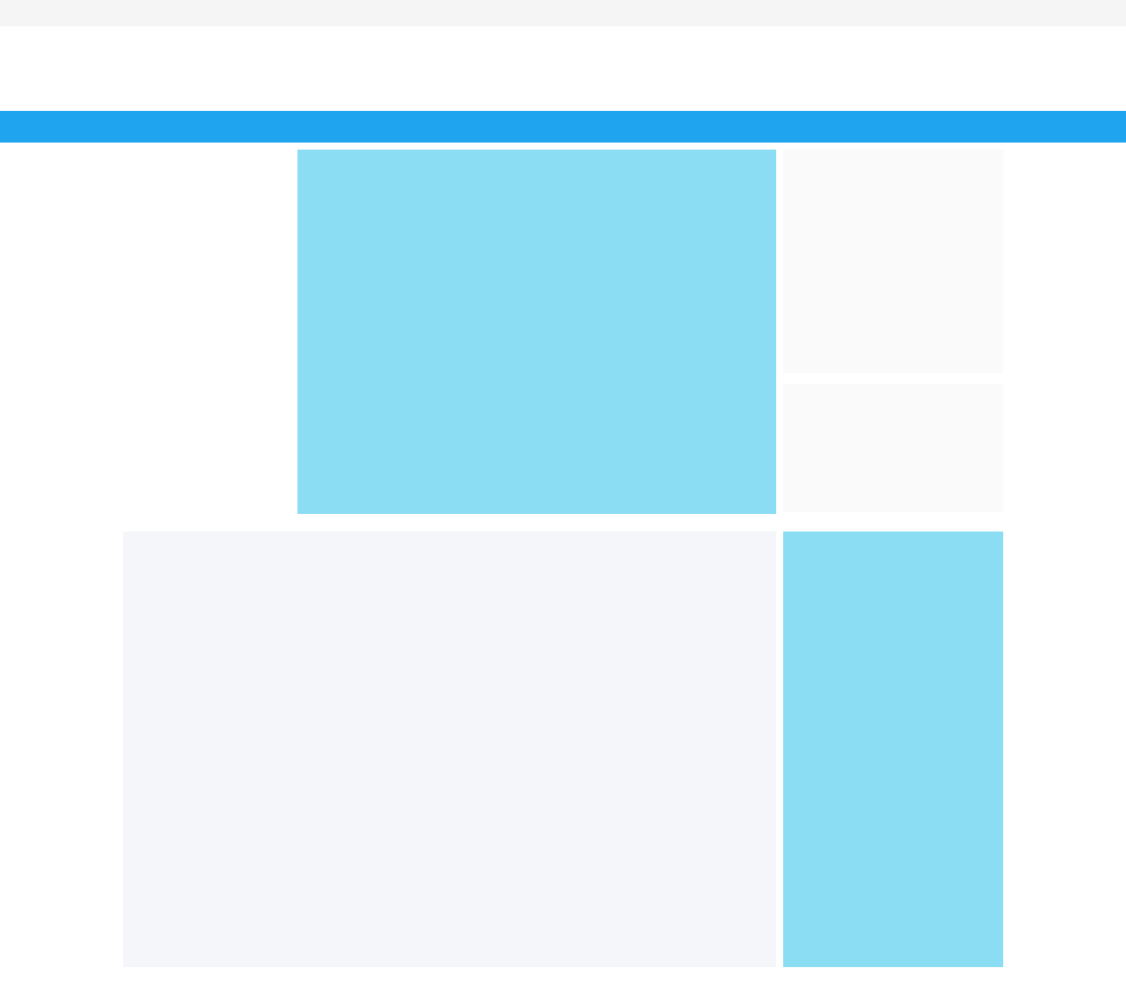
Repository: zhenzhen-gong/HospitalDemo
Page: index.html
These files come from the project's save history. The page is drawn as it stood at one moment and after the next save; the edit follows.
The browser window is 1280 px wide. The pictures show the whole page, at 88% of full size.

Above is the page before, as saved 2020-07-07 18:17:57.

After the next save:
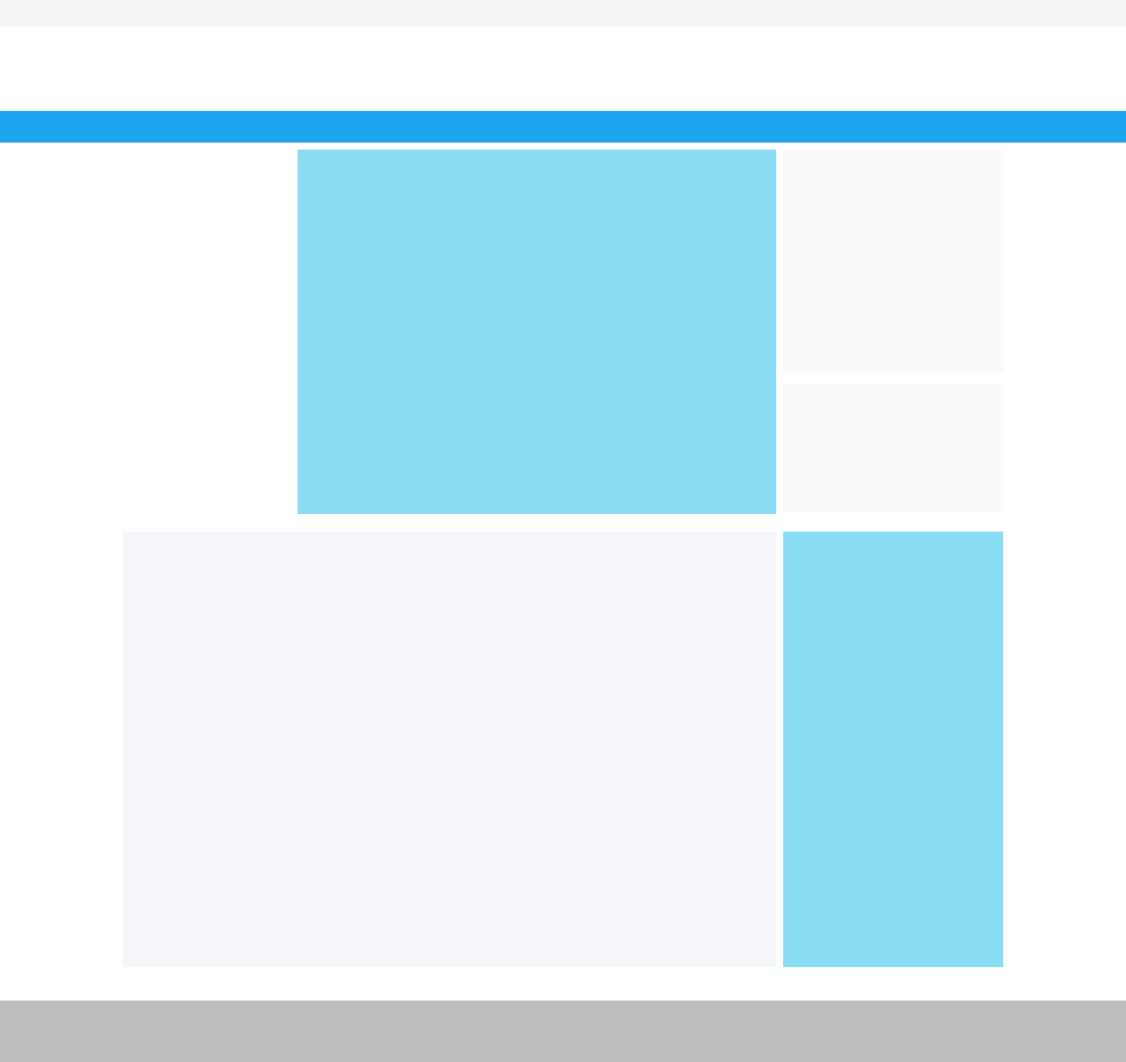
Saved 61 s later.
--- a/css/style.css
+++ b/css/style.css
@@ -70,3 +70,9 @@
     margin-left: 8px;
     background: #8bddf3;
 }
+/* footer部分 */
+.footer{
+    height: 70px;
+    width: 100%;
+    background: #bdbdbe;
+}
